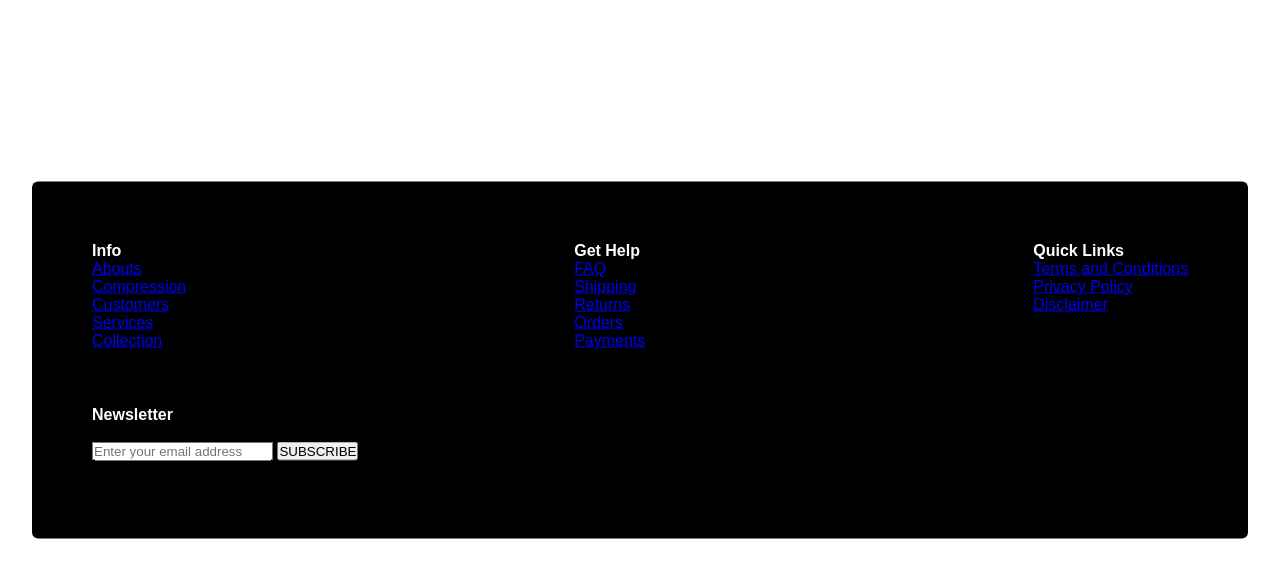
Repository: syni18/responsive_footer
Page: index.html
These files come from the project's save history. The page is drawn as it stood at one moment and after a run of saves; the edit follows.
The browser window is 1280 px wide. The pictures show the whole page.
Some web libraries are served in a nearby version.

Above is the page before, as saved 2023-11-03 17:16:05.

After the next 6 saves:
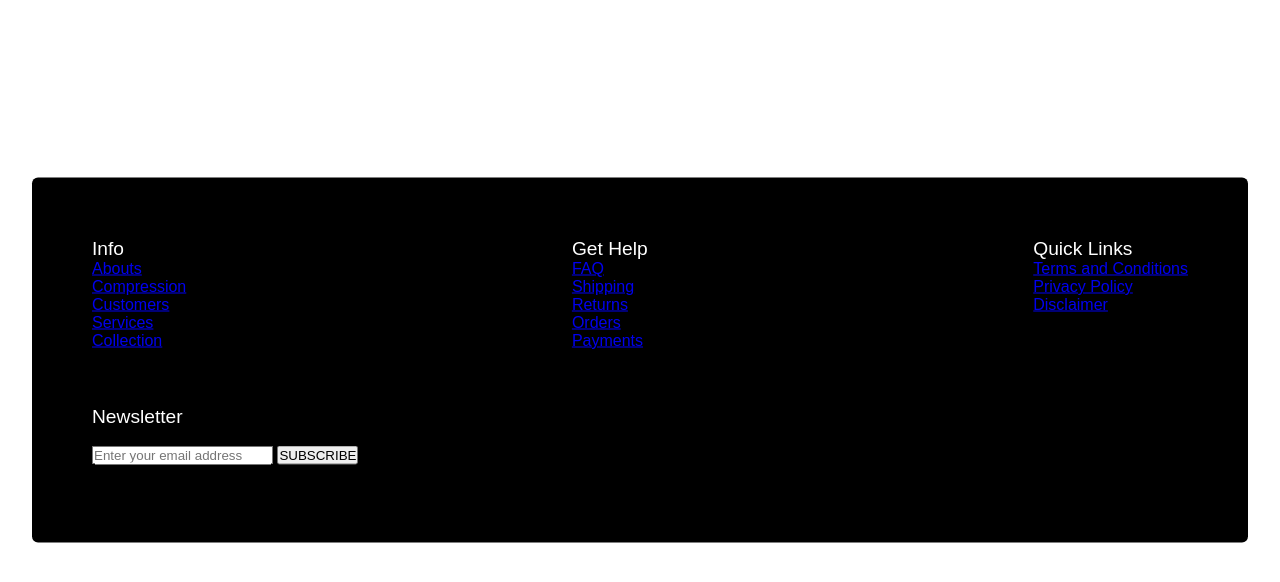
The 6 saves are shown as one change because they came seconds apart.
The last was saved 14 s later.
--- a/style.css
+++ b/style.css
@@ -23,5 +23,7 @@
 }
 .footer-row .footer-col h4 {
     color: #fff;
-    fz
+    font-size: 1.2rem;
+    font-weight: 400;
+
 }
